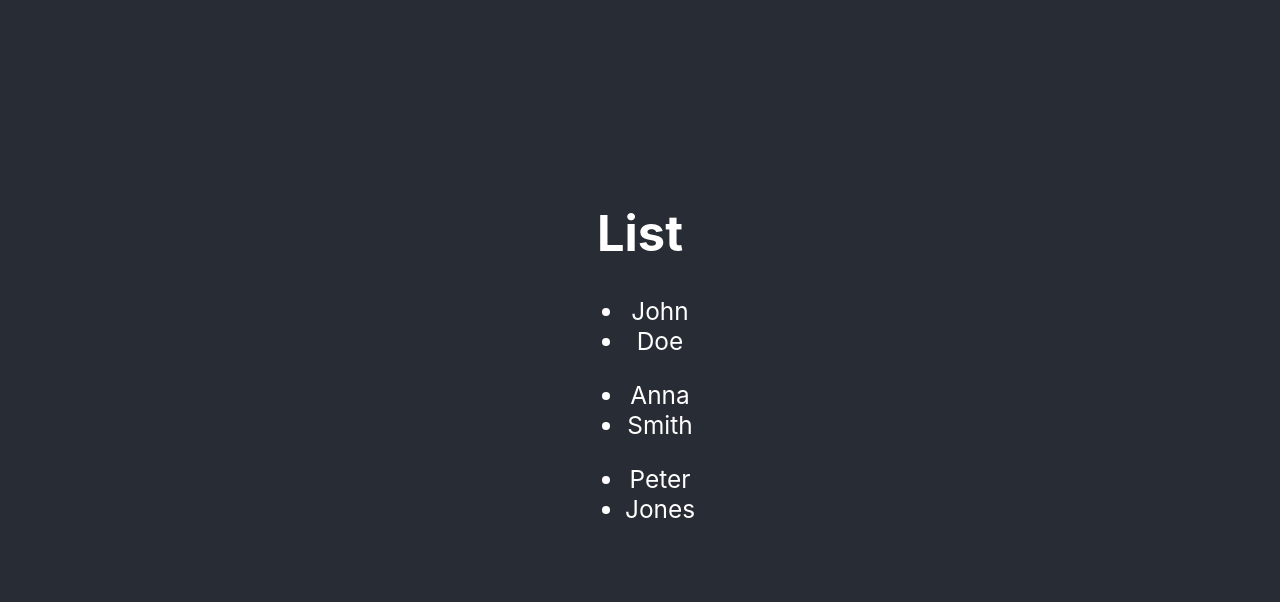
Repository: JasonMorta/ExamplesWithReact
Page: / (app in examples/)
An editor plug-in stored every save of this project. The page is shown before and after the next save, followed by the edit.
The browser window is 1280 px wide. The pictures show the whole page.
The project was rebuilt for these pictures with package versions that can differ from the ones it lists, and the page was loaded fresh each time.

Above is the page before, as saved 2022-10-03 19:39:18.

After the next save:
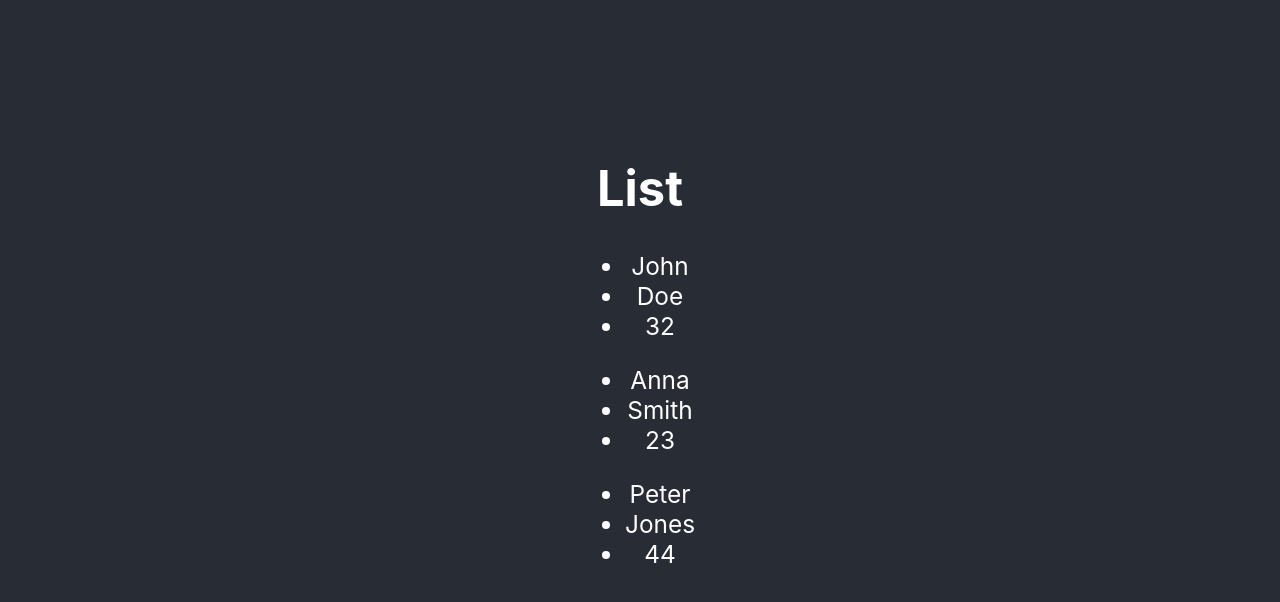
Saved 15 s later.
--- a/examples/src/components/Instance.jsx
+++ b/examples/src/components/Instance.jsx
@@ -22,6 +22,7 @@ const employees = [
         <ul>
          <li>{obj.firstName}</li>
          <li>{obj.lastName}</li>
+         <li>{obj.age}</li>
         </ul>
 
       ))}
